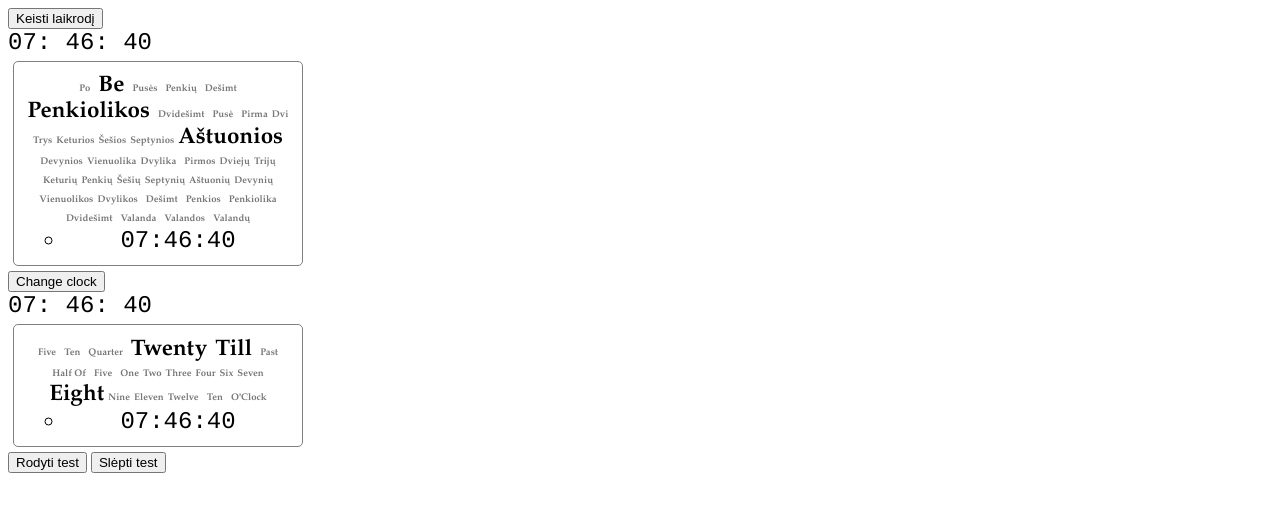
Repository: Skaidrius/WordClock
Page: index.html
The author's editor kept a record of every edit. The page is drawn from the files as they stood at one moment, then again after the next edit.
The browser window is 1280 px wide. The pictures show the whole page.
Some web libraries are served in a nearby version.

Above is the page before.

After the next edit:
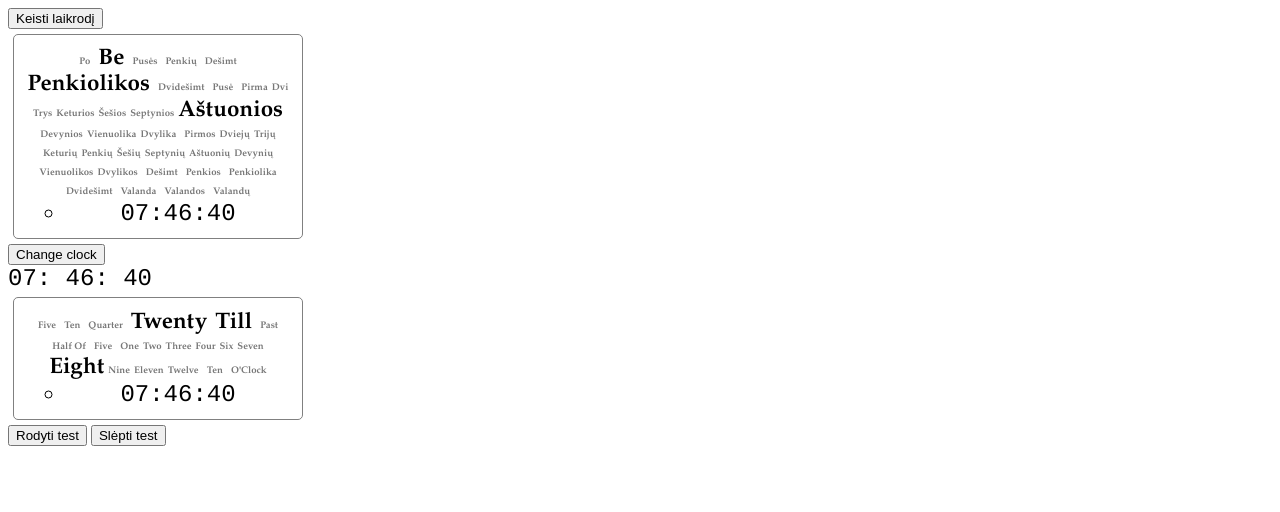
The edit:
--- a/index.html
+++ b/index.html
@@ -11,7 +11,6 @@
 
     <div ng-controller="DataController" ng-init="init();">
         <button ng-click="changeClass()">Keisti laikrodį</button><br>
-        <span class="digital">{{currHours}}: {{currMins}}: {{currSecs}}</span>
 
         <show-big-clock></show-big-clock>
     </div>
